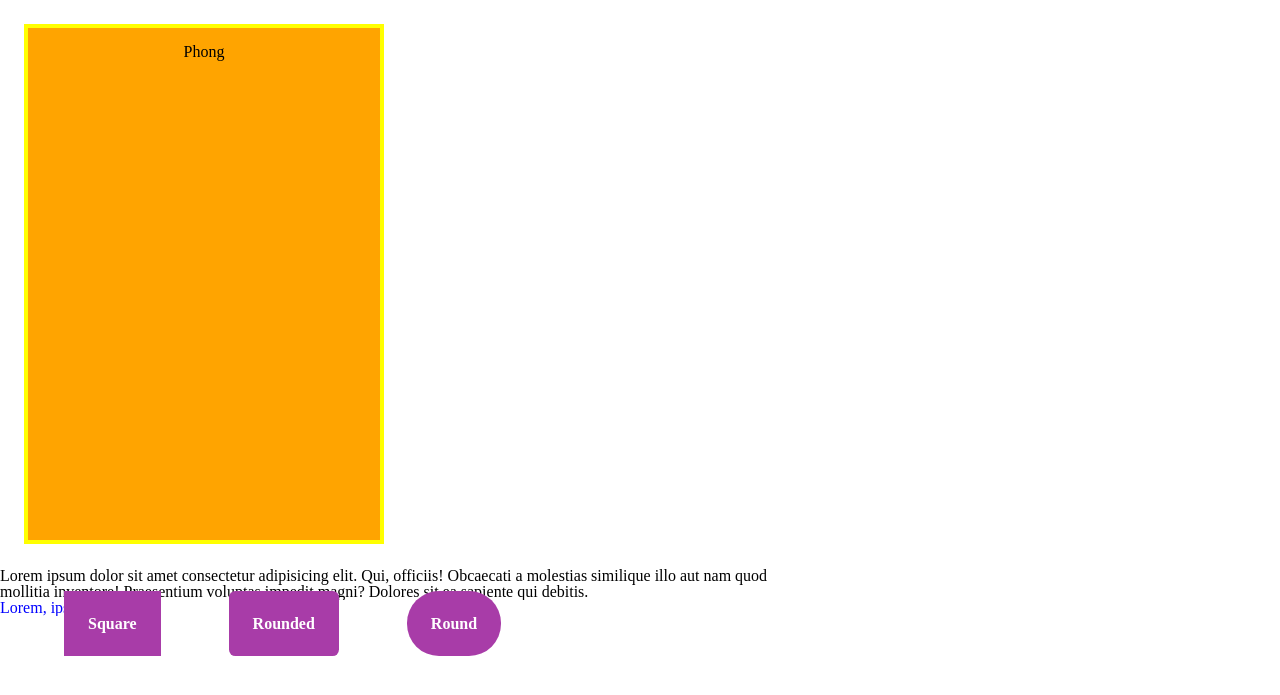
Repository: ThanhPhongsof/Css-Course
Page: index.html
The author's editor kept a copy of each file at every save. The page is drawn from the files as they stood at one save, then again after the next save.
The browser window is 1280 px wide. The pictures show the whole page.

Above is the page before, as saved 2022-05-15 10:50:57.

After the next save:
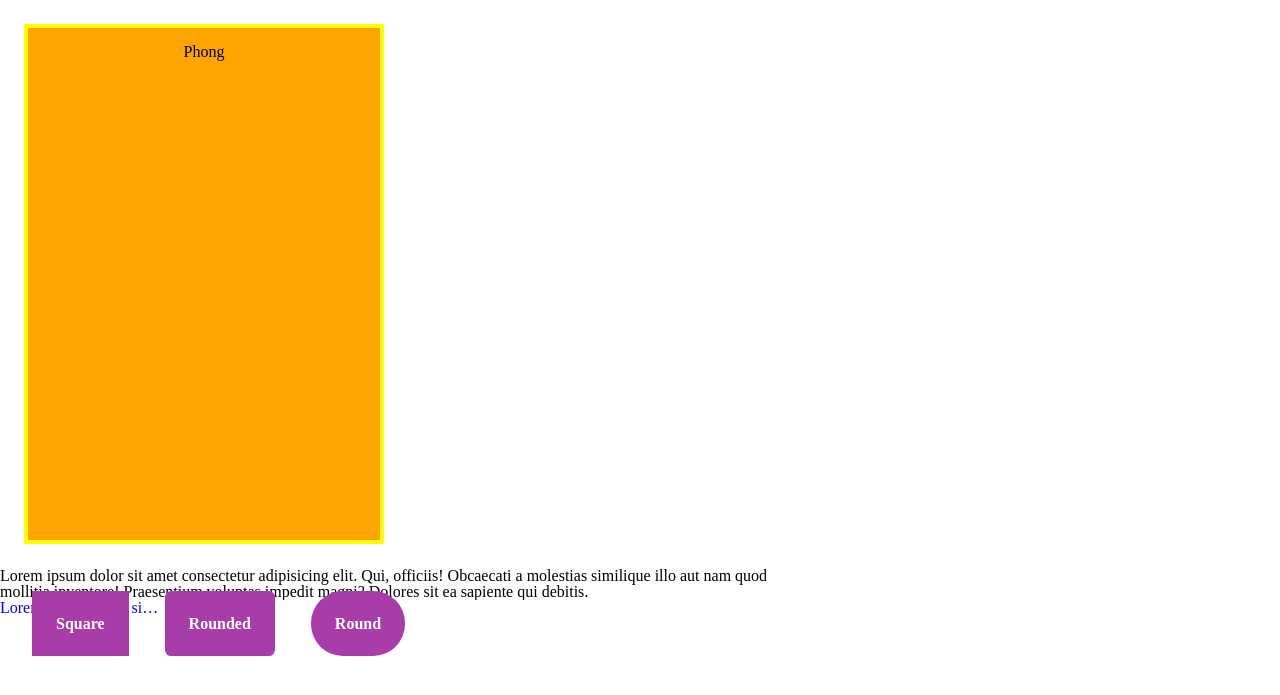
Saved 9 s later.
--- a/styles.css
+++ b/styles.css
@@ -44,7 +44,7 @@
   outline: none;
   text-align: center;
   text-decoration: none;
-  margin-left: 4rem;
+  margin-left: 2rem;
 }
 
 .button--square {
